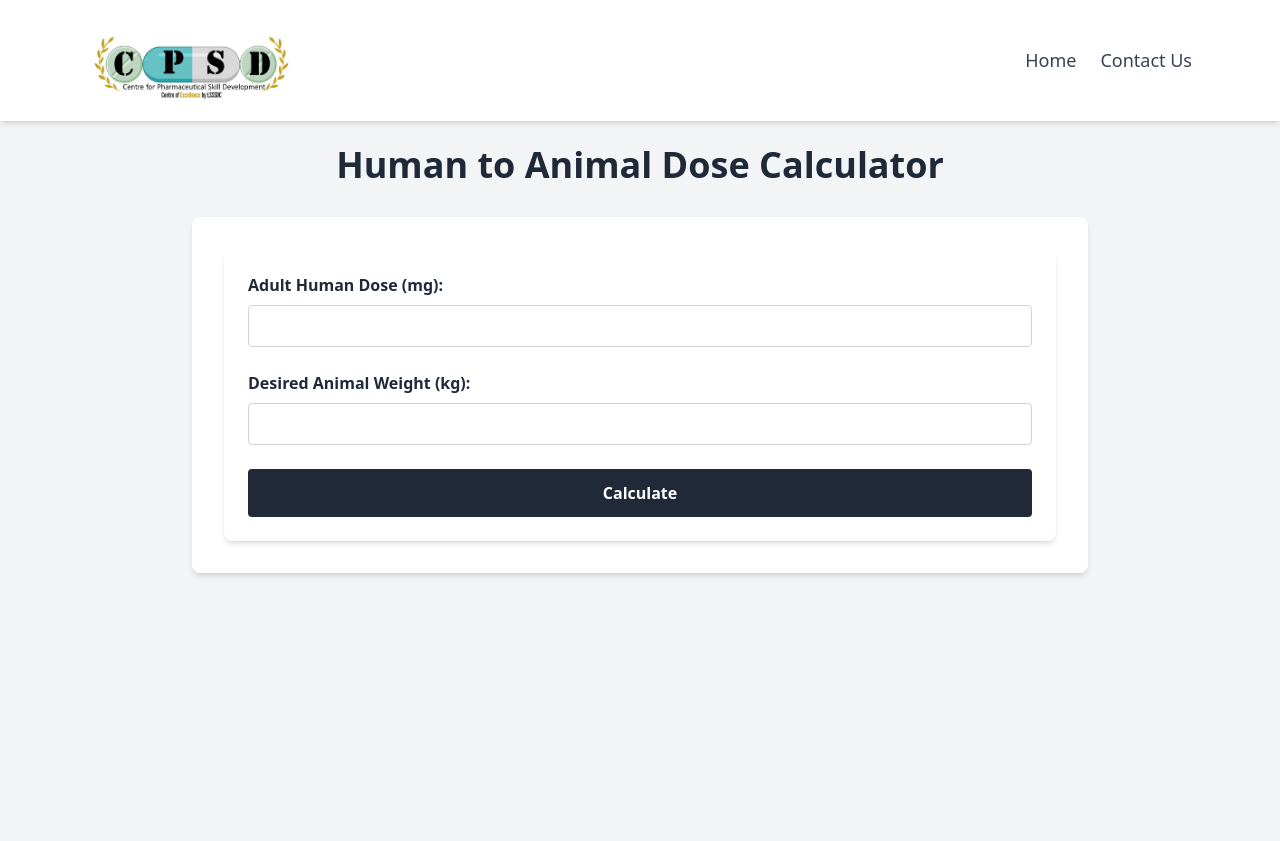
Repository: vigneshcj001/Human-to-Animal-Dose-Calculator
Page: /
The author's editor kept a copy of each file at every save. The page is drawn from the files as they stood at one save, then again after the next save.
The browser window is 1280 px wide. The pictures show the whole page.
The project was rebuilt for these pictures with package versions that can differ from the ones it lists, and the page was loaded fresh each time. Also part of the build but not shown: src/Components/ResultsTable.jsx, src/Utils/const.js, src/Hooks/useContactForm.js, src/Components/ContactUs.js, src/Components/AboutUs.js, src/Components/Error.js, src/Components/ErrorWrapper.js.

Above is the page before, as saved 2025-01-31 17:49:46.

After the next save:
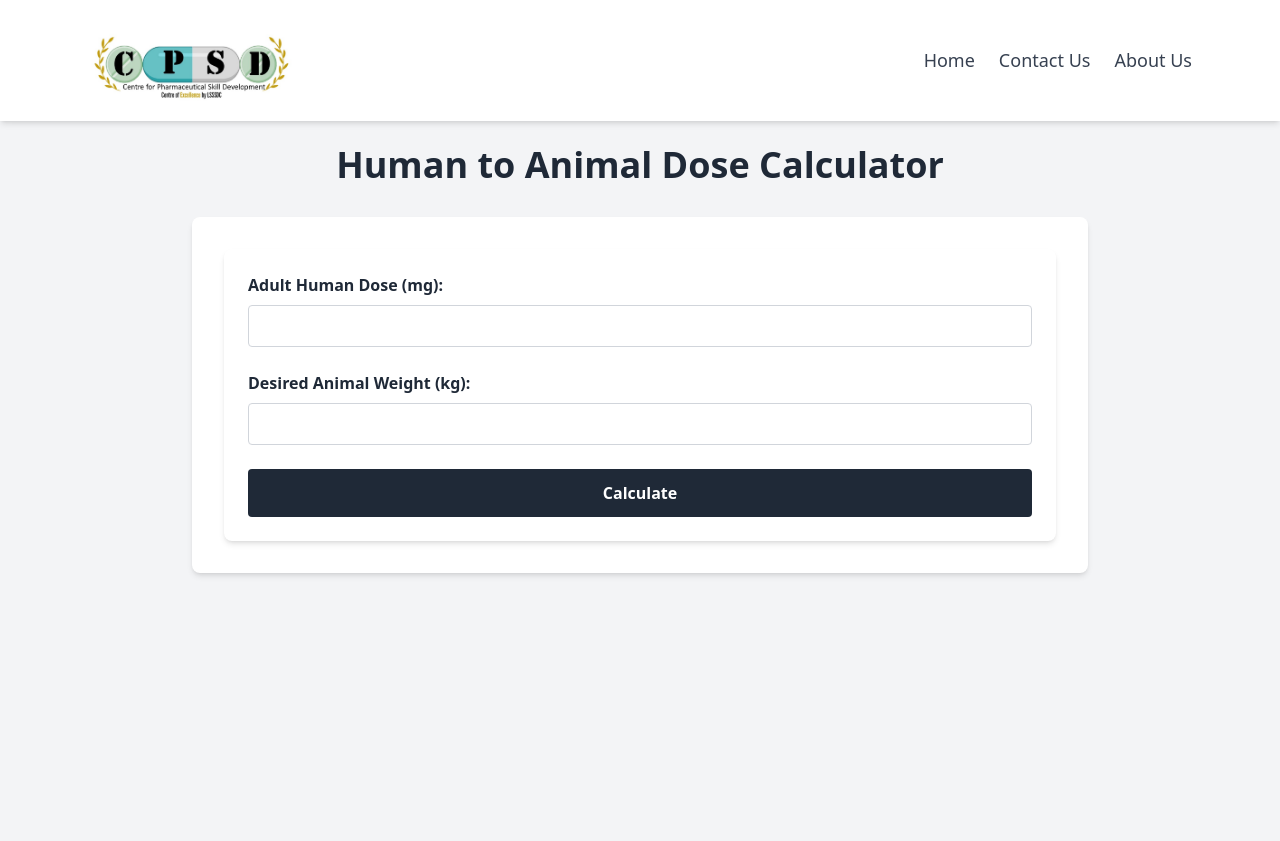
Saved 39 s later.
--- a/src/Components/Header.js
+++ b/src/Components/Header.js
@@ -5,6 +5,7 @@
   const navItems = [
     { to: "/", label: "Home" },
     { to: "/contactus", label: "Contact Us" },
+    { to: "/aboutus", label: "About Us" },
   ];
 
   return (
